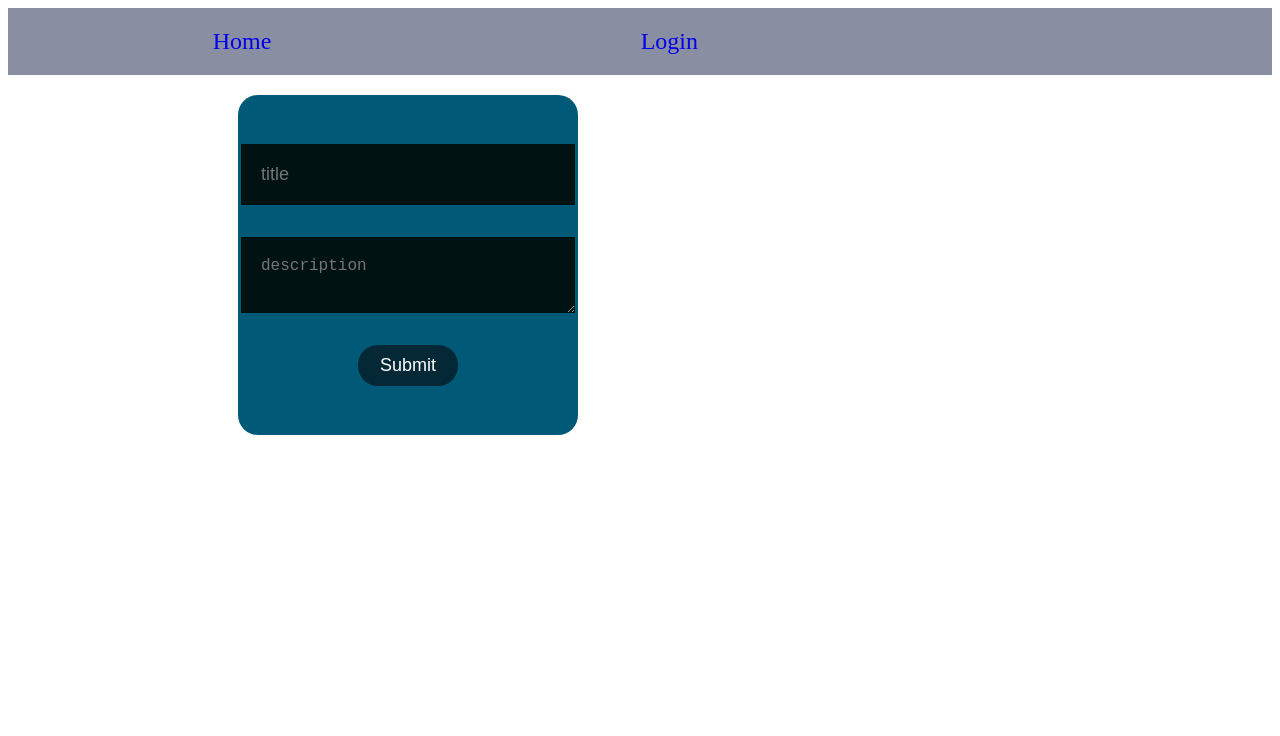
Repository: albinsabu2023/postapp
Page: /createpost
An editor plug-in stored every save of this project. The page is shown before and after the next save, followed by the edit.
The browser window is 1280 px wide. The pictures show the whole page.
The project was rebuilt for these pictures with package versions that can differ from the ones it lists, and the page was loaded fresh each time. Also part of the build but not shown: src/index.css, src/Components/main/PostCard.css, src/Components/main/PostCard.tsx, src/Components/main/Home.css, src/Components/main/Home.tsx, src/Components/Login.tsx.

Above is the page before, as saved 2024-02-06 03:26:25.

### src/index.tsx
import React from 'react';
import ReactDOM from 'react-dom/client';
import "./index.css"
import App from './App';

const root = ReactDOM.createRoot(
  document.getElementById('root') as HTMLElement
);
root.render(
  <React.StrictMode>
    <App />
  </React.StrictMode>
);

### src/App.tsx
import  {BrowserRouter as Router,Routes,Route} from "react-router-dom"
import './App.css';
import Home from "./Components/main/Home";
import Login from "./Components/Login";
import Navbar from "./Components/Navbar";
import CreatePosts from "./create-post/CreatePosts";


function App() {
  return (
    <div className="App">
      <Router>
         <Navbar/>
        <Routes>
          <Route path ="/" element={<Home/>}/>
          <Route path="/login" element={<Login/>}/>
          <Route path="/createpost" element={<CreatePosts/>}/>
        </Routes>
      </Router>
    </div>
  );
}

export default App;

### src/App.css
.App{

  height: 100vh;

}

### src/Components/Navbar.tsx

import { Link } from 'react-router-dom'
import  "./Navbar.css"
import {auth } from  "../config/firebase"
import { useAuthState } from 'react-firebase-hooks/auth'
import { signOut } from 'firebase/auth'
function Navbar() {
    const  [user] =useAuthState(auth);
    const signUserOut =async ()=>{
        await signOut(auth);
    }
  return (
    <div className="navContainer">
        <Link to ="/">Home</Link>

        {
            !user ?
            <Link to ="Login">Login</Link> :
            <Link to ="/createpost">CreatePost</Link>
        }
        <div>
            {user&&
            <>
            <p>{user?.displayName}</p>
            <img src={user?.photoURL|| "" } alt="" width="30" height="30"
            />
            <button onClick={signUserOut}>Logout</button>
            </>
            }
        </div>


    </div>
  )
}

export default Navbar

### src/create-post/CreatePosts.tsx
import React from 'react'
import CreateForm from './CreateForm'
import "./CreatePost.css"
function CreatePosts() {



  return (
    <div  className="formContainer">
        <CreateForm />

    </div>
  )
}

export default CreatePosts

### src/config/firebase.ts
// Import the functions you need from the SDKs you need
import { initializeApp } from "firebase/app";
import {getAuth,GoogleAuthProvider} from "firebase/auth"
// Your web app's Firebase configuration
import {getFirestore} from "firebase/firestore"
const firebaseConfig = {
  apiKey: "AIzaSyAXzQPkCsYKttYouVkFv4r2aLbj-85i5zE",
  authDomain: "react-course-dd6fc.firebaseapp.com",
  projectId: "react-course-dd6fc",
  storageBucket: "react-course-dd6fc.appspot.com",
  messagingSenderId: "692642929267",
  appId: "1:692642929267:web:22ba5d27ba69920755e806"
};
// Initialize Firebase
const app = initializeApp(firebaseConfig);
export const auth=getAuth(app);
export const provider = new GoogleAuthProvider();
export const db =getFirestore(app)

### src/Components/Navbar.css
.navContainer{
    display: flex;
    align-items: center;
    justify-content: space-around;
    background-color: rgb(138, 142, 162);
    padding: 20px;



}
.navContainer :link{
    text-decoration:none;
    text-decoration-color: rgb(128, 127, 127);
    font-size: x-large;

}

### src/create-post/CreateForm.tsx
import React from 'react'
import "./CreateForm.css"
import  {useForm} from "react-hook-form"
import * as yup from "yup"
import {yupResolver} from "@hookform/resolvers/yup"
import {auth,db} from "../config/firebase"
import { useAuthState } from 'react-firebase-hooks/auth'
import { addDoc,collection } from 'firebase/firestore'
import { useNavigate } from 'react-router-dom'
interface CreateFormData {
  title:string,
  description:string,

}
function CreateForm() {
  const navigate =useNavigate();
  const [user]=useAuthState(auth);
  const schema =yup.object().shape({
    title:yup.string().required("hei enter title"),
    description:yup.string().required("enter the description"),


  })
  const postRef =collection (db,"posts");

  const  {register,handleSubmit,formState:{errors}}=useForm<CreateFormData>({
     resolver :yupResolver(schema),
  })
  const createpost =async (data:CreateFormData)=>{
    await addDoc(postRef,{
      title:data.title,
      description:data.description,
      username :user?.displayName ,
      userId:user?.uid
    })
    navigate("/");

  }
  return (
    <form onSubmit ={handleSubmit(createpost)}>
      <input placeholder='title' {...register("title")}/>
      <p className="warning">{errors.title?.message}</p>
      <textarea placeholder='description' maxLength={60} {...register("description")}/>
      <p className='warning'>{errors.description?.message}</p>
      <input  className='submitButton' type="submit" />

    </form>
  )
}

export default CreateForm

### src/create-post/CreatePost.css
.formContainer{
   display:flex;
   align-items: center;
   justify-content: center;
   max-width: 800px;
}

### src/create-post/CreateForm.css
form{
    display: flex;
    flex-direction:column;
    padding: 20px;
    background-color: rgb(0, 89, 118);
    align-items: center;
    justify-content: center;
    margin: 20px;
    border-radius: 20px;
    height: 300px;
    width: 300px;

    overflow: hidden;
}
form input,textarea{
    background-color: rgb(0, 18, 18);
    padding: 20px;

    width: 98%;
    color: white;
    font-size: large;
    border: none;

}

form input,textarea:focus {
    outline:none
}
.submitButton{
    background-color:rgb(5, 40, 55);
    border-radius: 20px;
    width: 100px;
    cursor: pointer;
    padding: 10px;


}
.submitButton:hover {
    background-color: rgb(4, 4, 4);
    border-radius: 20px;
    width: 100px;
    cursor: pointer;


}

Loaded but not shown: public/index.html (common file)

After the next save:
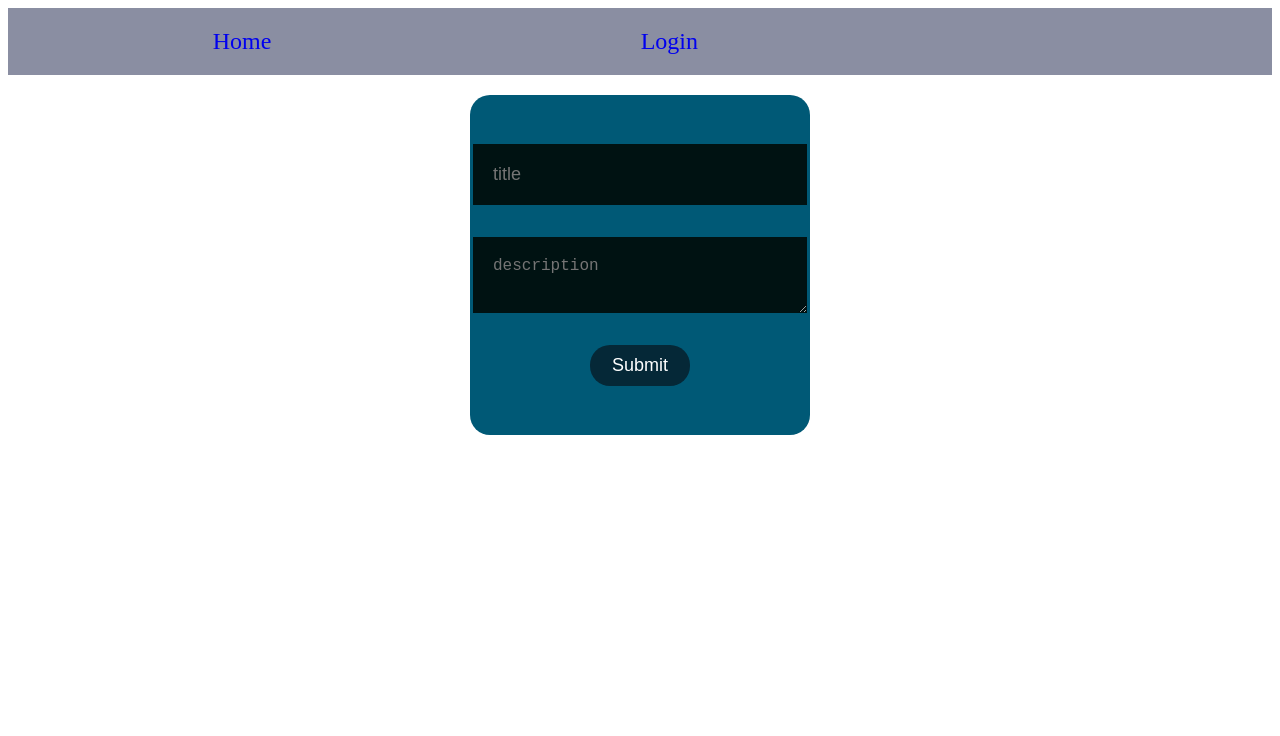
Saved 14 s later.
--- a/src/create-post/CreatePost.css
+++ b/src/create-post/CreatePost.css
@@ -2,5 +2,5 @@
    display:flex;
    align-items: center;
    justify-content: center;
-   max-width: 800px;
+   width: 100%;
 }
